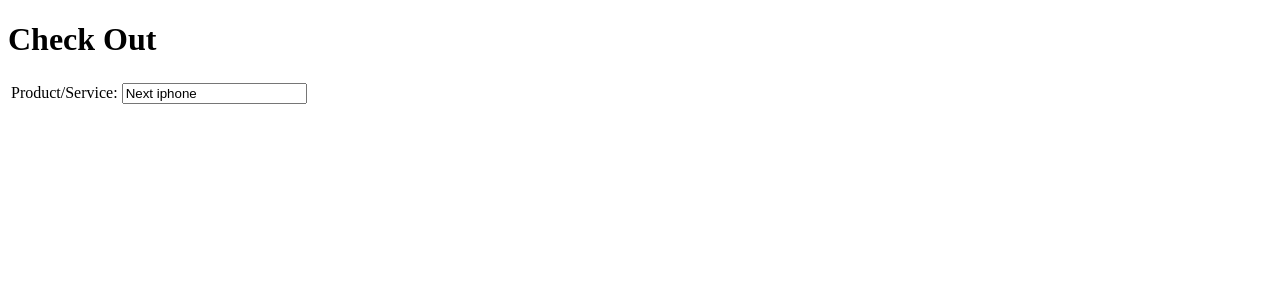
Repository: ThimeshaMindaka/PAFF
Page: PayPalTest/src/main/webapp/checkout.html
An editor plug-in stored every save of this project. The page is shown before and after the next save, followed by the edit.
The browser window is 1280 px wide. The pictures show the whole page.

Above is the page before, as saved 2022-05-13 18:59:18.

### PayPalTest/src/main/webapp/checkout.html
<!DOCTYPE html>
<html>
<head>
<meta charset="ISO-8859-1">
<title>Check Out</title>
</head>
<body>
<div align="center"> </div>
		<h1>Check Out</h1>
		<form action="authorize_payment" method="post">
		<table>
		<tr>
			<td>Product/Service:</td>
			<td><input type="text" name="product" value="Next iphone" > </td>
		</tr>
		</table>
		</form>

</body>
</html>

After the next save:
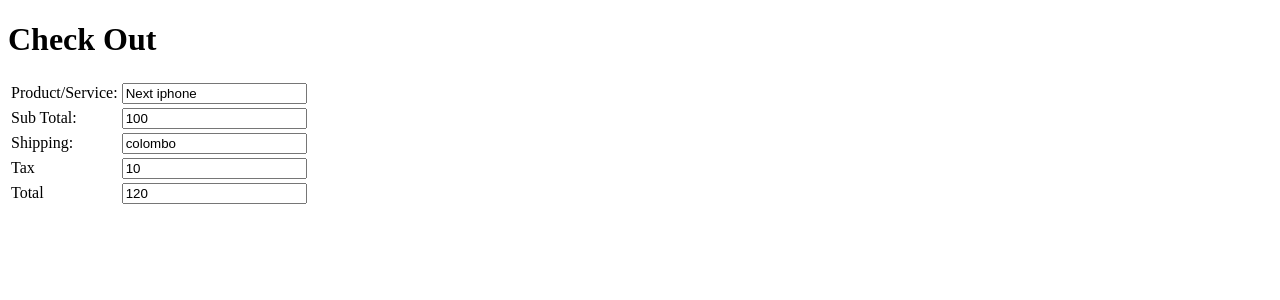
Saved 5 min 5 s later.
--- a/PayPalTest/src/main/webapp/checkout.html
+++ b/PayPalTest/src/main/webapp/checkout.html
@@ -13,6 +13,22 @@
 			<td>Product/Service:</td>
 			<td><input type="text" name="product" value="Next iphone" > </td>
 		</tr>
+		<tr>
+			<td>Sub Total:</td>
+			<td><input type="text" name="subtotal" value="100" > </td>
+		</tr>
+		<tr>
+			<td>Shipping:</td>
+			<td><input type="text" name="shipping" value="colombo" > </td>
+		</tr>
+		<tr>
+			<td>Tax</td>
+			<td><input type="text" name="tax" value="10" > </td>
+		</tr>
+		<tr>
+			<td>Total</td>
+			<td><input type="text" name="total" value="120" > </td>
+		</tr>
 		</table>
 		</form>
 
